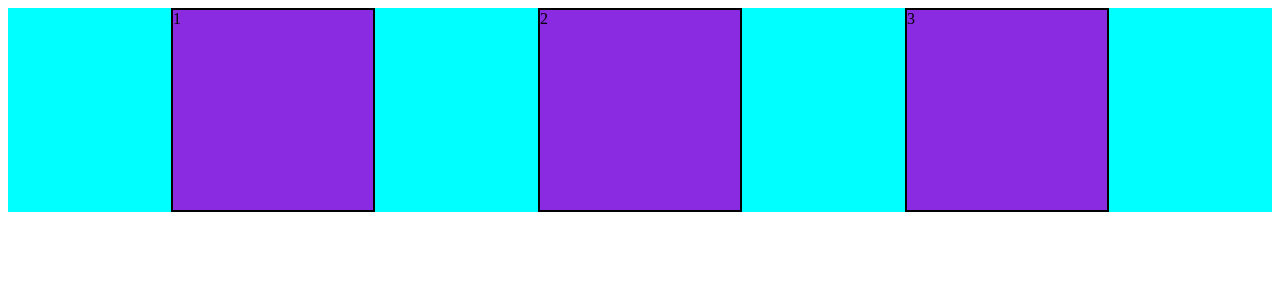
Repository: imokha01/Flexbox-and-Position-Example
Page: index.html
The author's editor kept a copy of each file at every save. The page is drawn from the files as they stood at one save, then again after the next save.
The browser window is 1280 px wide. The pictures show the whole page.

Above is the page before, as saved 2023-11-21 14:48:37.

After the next save:
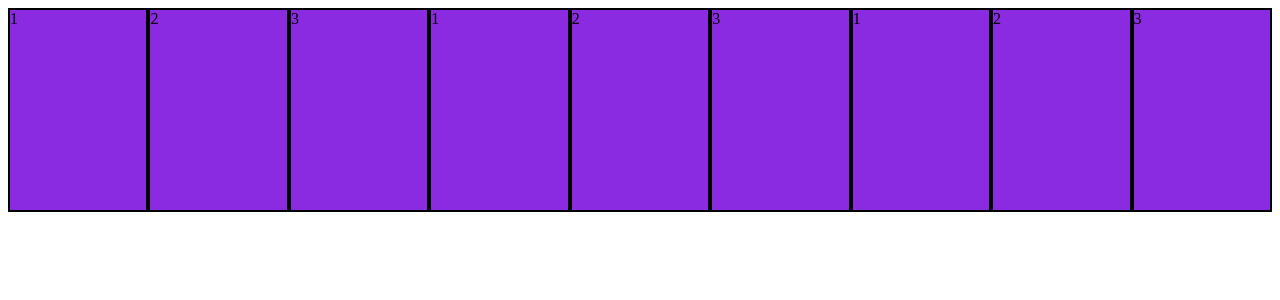
Saved 16 min 42 s later.
--- a/index.html
+++ b/index.html
@@ -11,6 +11,12 @@
         <div class="first">1</div>
         <div class="second">2</div>
         <div class="third">3</div>
+        <div class="first">1</div>
+        <div class="second">2</div>
+        <div class="third">3</div>
+        <div class="first">1</div>
+        <div class="second">2</div>
+        <div class="third">3</div>
     </div>
 </body>
 </html>
